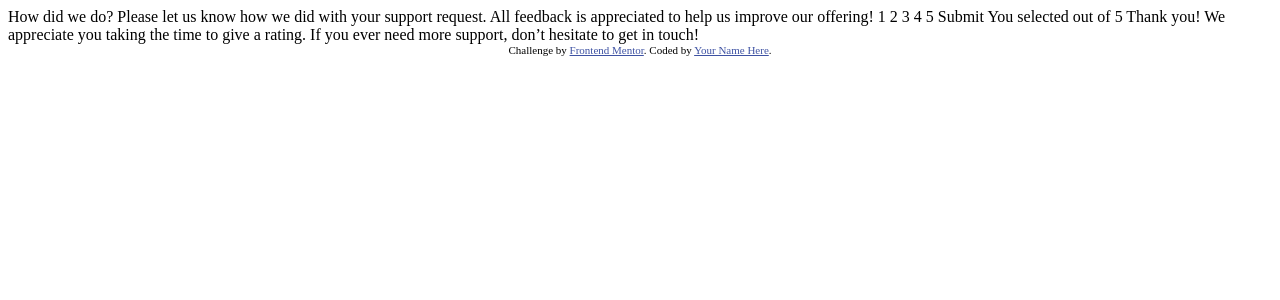
Repository: shayanabedi98/Interactive-rating-component
Page: index.html
These files come from the project's save history. The page is drawn as it stood at one moment and after the next save; the edit follows.
The browser window is 1280 px wide. The pictures show the whole page.

Above is the page before, as saved 2023-10-11 09:39:15.

### index.html
<!DOCTYPE html>
<html lang="en">
<head>
  <meta charset="UTF-8">
  <meta name="viewport" content="width=device-width, initial-scale=1.0"> <!-- displays site properly based on user's device -->

  <link rel="icon" type="image/png" sizes="32x32" href="./images/favicon-32x32.png">

  <title>Frontend Mentor | Interactive rating component</title>

  <!-- Feel free to remove these styles or customise in your own stylesheet 👍 -->
  <style>
    .attribution { font-size: 11px; text-align: center; }
    .attribution a { color: hsl(228, 45%, 44%); }
  </style>
</head>
<body>

  <!-- Rating state start -->

  How did we do?

  Please let us know how we did with your support request. All feedback is appreciated
  to help us improve our offering!

  1 2 3 4 5

  Submit

  <!-- Rating state end -->

  <!-- Thank you state start -->

  You selected <!-- Add rating here --> out of 5

  Thank you!

  We appreciate you taking the time to give a rating. If you ever need more support,
  don’t hesitate to get in touch!

  <!-- Thank you state end -->


  <div class="attribution">
    Challenge by <a href="https://www.frontendmentor.io?ref=challenge" target="_blank">Frontend Mentor</a>.
    Coded by <a href="#">Your Name Here</a>.
  </div>
</body>
</html>

Loaded but not shown: styles.css (no stored copy; drawn as an empty file)

After the next save:
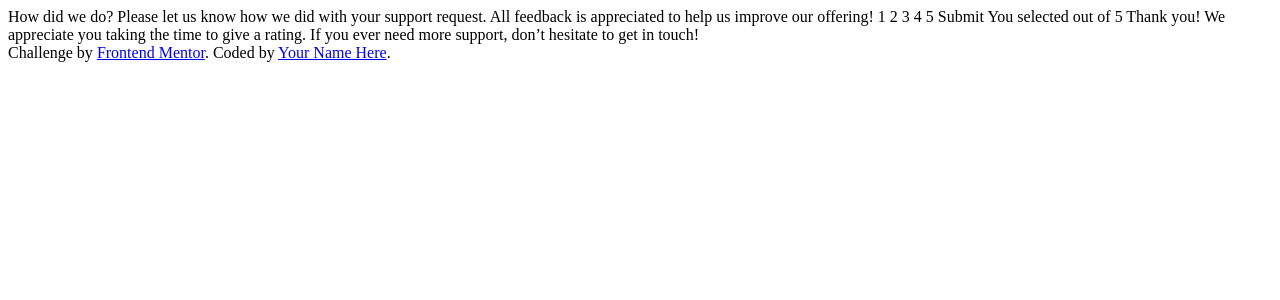
Saved 98 s later.
--- a/index.html
+++ b/index.html
@@ -2,17 +2,10 @@
 <html lang="en">
 <head>
   <meta charset="UTF-8">
-  <meta name="viewport" content="width=device-width, initial-scale=1.0"> <!-- displays site properly based on user's device -->
-
+  <meta name="viewport" content="width=device-width, initial-scale=1.0">
   <link rel="icon" type="image/png" sizes="32x32" href="./images/favicon-32x32.png">
-
   <title>Frontend Mentor | Interactive rating component</title>
-
-  <!-- Feel free to remove these styles or customise in your own stylesheet 👍 -->
-  <style>
-    .attribution { font-size: 11px; text-align: center; }
-    .attribution a { color: hsl(228, 45%, 44%); }
-  </style>
+  <link rel="stylesheet" href="styles.css">
 </head>
 <body>
 
